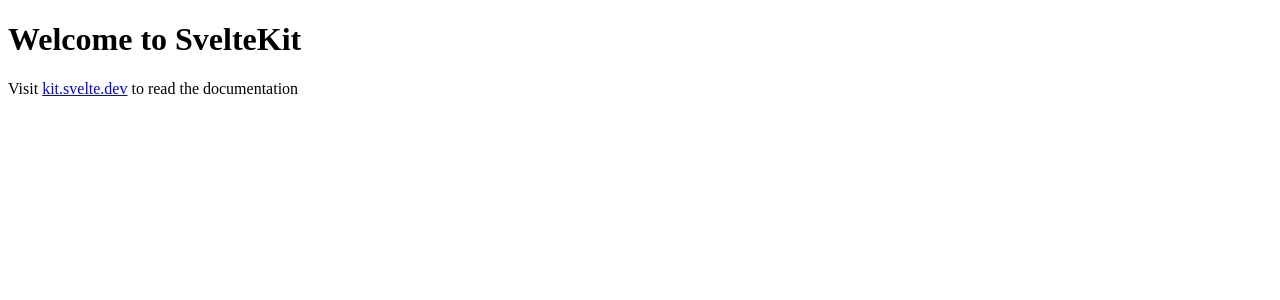
Repository: Lenerystia/Character_relationships
Page: /
The author's editor kept a copy of each file at every save. The page is drawn from the files as they stood at one save, then again after a run of saves.
The browser window is 1280 px wide. The pictures show the whole page.
The project was rebuilt for these pictures with package versions that can differ from the ones it lists, and the page was loaded fresh each time. The framework's server and built-in components were replaced by stand-ins that run in the browser. Also part of the build but not shown: svelte.config.js, vite.config.ts, src/app.css.

Above is the page before, as saved 2024-05-06 20:31:20.

After the next 2 saves:
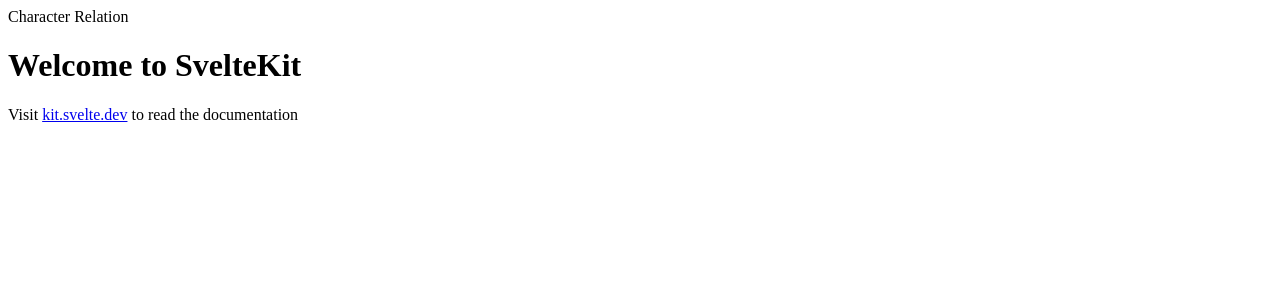
The 2 saves are shown as one change because they came seconds apart.
The last was saved 19 s later.
--- a/src/routes/+layout.svelte
+++ b/src/routes/+layout.svelte
@@ -2,5 +2,5 @@
     import '../app.css'
     import HeaderMain from '$lib/HeaderMain.svelte'
 </script>
-
+   <HeaderMain />
   <slot />
